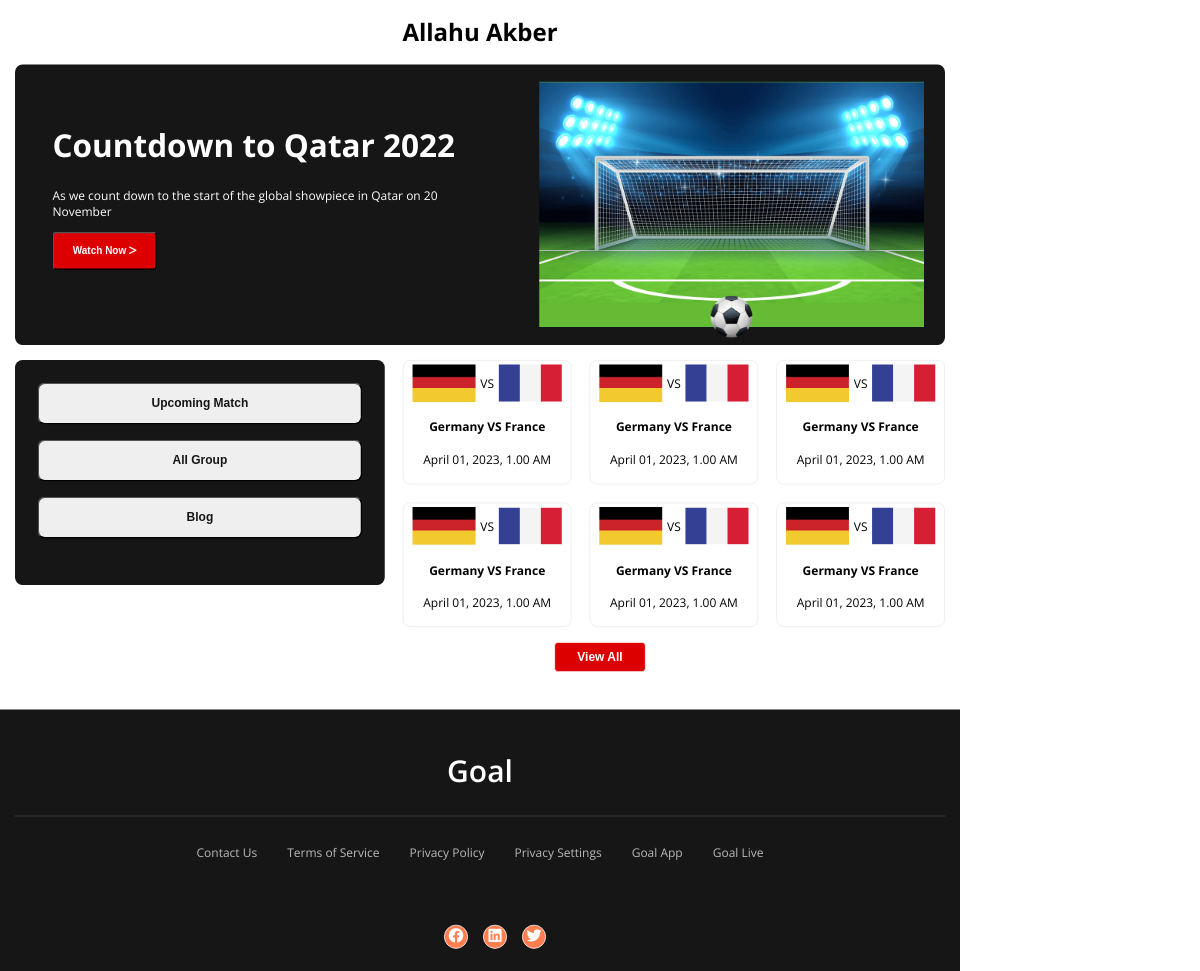
Repository: zjria/Qatar-world-cup
Page: match.html
These files come from the project's save history. The page is drawn as it stood at one moment and after the next save; the edit follows.
The browser window is 1280 px wide. The page is 1600 px wide, so the pictures cover 1600 px, including what lies to the right of the window. The pictures show the whole page, at 75% of full size.

Above is the page before, as saved 2022-09-10 10:46:38.

### match.html
<!DOCTYPE html>
<html lang="en">

<head>
    <meta charset="UTF-8">
    <meta http-equiv="X-UA-Compatible" content="IE=edge">
    <meta name="viewport" content="width=device-width, initial-scale=1.0">
    <title>QATAR WORLD CUP</title>
    <!-- Font Awesome CDN Link -->
    <link rel="stylesheet" href="https://cdnjs.cloudflare.com/ajax/libs/font-awesome/6.2.0/css/all.min.css"
        integrity="sha512-xh6O/CkQoPOWDdYTDqeRdPCVd1SpvCA9XXcUnZS2FmJNp1coAFzvtCN9BmamE+4aHK8yyUHUSCcJHgXloTyT2A=="
        crossorigin="anonymous" referrerpolicy="no-referrer" />
    <!-- Font Awesome CDN Link -->
    <link rel="stylesheet" href="https://cdnjs.cloudflare.com/ajax/libs/font-awesome/6.2.0/css/all.min.css"
        integrity="sha512-xh6O/CkQoPOWDdYTDqeRdPCVd1SpvCA9XXcUnZS2FmJNp1coAFzvtCN9BmamE+4aHK8yyUHUSCcJHgXloTyT2A=="
        crossorigin="anonymous" referrerpolicy="no-referrer" />
    <!-- Custom CSS -->
    <link rel="stylesheet" href="style.css">

</head>

<body>
    <h1 style="text-align:center;">Allahu Akber</h1>


    <!-- Header Section -->
    <header class="header-container">

        <div class="header-text">
            <h1>Countdown to Qatar 2022</h1>
            <p>As we count down to the start of the global showpiece in Qatar on 20 November</p>
            <button>Watch Now <i class="fa-solid fa-greater-than"></i> </button>
        </div>

        <div class="header-img">
            <marquee behavior="alternate" scrollamount="0" direction="">
                <marquee behavior="alternate" scrollamount="0" direction="">
                    <img src="images/Ball.png" class="ball" alt="">
                </marquee>

            </marquee>

        </div>


    </header>


    <!-- Nav Section start HTML -->
    <div class="nav-container">
        <nav class="nav-section">
            <div class="all-button">
                <button><a href="#">Upcoming Match</a></button>
                <button><a href="#">All Group</a></button>
                <button><a href="#">Blog</a></button>
            </div>
        </nav>

        <!-- Main Section Start HTML  -->
        <main class="main-section">

            <div class="transfer">
                <div class="match-vs">
                    <img src="images/germany Flag.png" alt=""> <span>VS</span>
                    <img src="images/Flag.png" alt="">
                </div>
                <div class="match-text">
                    <h4>Germany VS France </h4>
                    <p>April 01, 2023, 1.00 AM</p>
                </div>
            </div>
            <div class="transfer">
                <div class="match-vs">
                    <img src="images/germany Flag.png" alt=""> <span>VS</span>
                    <img src="images/Flag.png" alt="">
                </div>
                <div class="match-text">
                    <h4>Germany VS France </h4>
                    <p>April 01, 2023, 1.00 AM</p>
                </div>
            </div>
            <div class="transfer">
                <div class="match-vs">
                    <img src="images/germany Flag.png" alt=""> <span>VS</span>
                    <img src="images/Flag.png" alt="">
                </div>
                <div class="match-text">
                    <h4>Germany VS France </h4>
                    <p>April 01, 2023, 1.00 AM</p>
                </div>
            </div>
            <div class="transfer">
                <div class="match-vs">
                    <img src="images/germany Flag.png" alt=""> <span>VS</span>
                    <img src="images/Flag.png" alt="">
                </div>
                <div class="match-text">
                    <h4>Germany VS France </h4>
                    <p>April 01, 2023, 1.00 AM</p>
                </div>
            </div>
            <div class="transfer">
                <div class="match-vs">
                    <img src="images/germany Flag.png" alt=""> <span>VS</span>
                    <img src="images/Flag.png" alt="">
                </div>
                <div class="match-text">
                    <h4>Germany VS France </h4>
                    <p>April 01, 2023, 1.00 AM</p>
                </div>
            </div>
            <div class="transfer">
                <div class="match-vs">
                    <img src="images/germany Flag.png" alt=""> <span>VS</span>
                    <img src="images/Flag.png" alt="">
                </div>
                <div class="match-text">
                    <h4>Germany VS France </h4>
                    <p>April 01, 2023, 1.00 AM</p>
                </div>
            </div>


        </main>
    </div>

    <!-- Only Table -->
    <div class="view-all">
        <Button>View All</Button>
    </div>

    <!-- Footer Section start -->
    <div class="footer-container">
        <div class="footer">
            <h2>Goal</h2>
            <hr>
            <div class="footer-text">
                <ul>
                    <li>Contact Us</li>
                    <li>Terms of Service</li>
                    <li>Privacy Policy</li>
                    <li>Privacy Settings</li>
                    <li>Goal App</li>
                    <li>Goal Live</li>
                </ul>
            </div>
        </div>
        <!-- Social Icons start -->
        <div class="social-icons">
            <ul>
                <li><a href="https://web.facebook.com/profile.php?id=100010388645936"><i
                            class="fa-brands fa-facebook"></i></a></li>
                <li><a href="https://www.linkedin.com/in/web-developer-zj/"><i class="fa-brands fa-linkedin"></i></a>
                </li>
                <li><a href="https://twitter.com/webdeveloper_zj"><i class="fa-brands fa-twitter"></i></a></li>
            </ul>
        </div>
    </div>
</body>

</html>

### style.css
/* Google Fonts Link */
@import url('https://fonts.googleapis.com/css2?family=Open+Sans:wght@300;400;500;600;700&family=Poppins:wght@500&family=Roboto:wght@100;300;400;500;700;900&display=swap');

body {
    font-family: 'Open Sans', sans-serif;
    margin: 0%;
    padding: 0%;
    background-color: white;
}

/* Header Section */

.header-container {
    display: flex;
    border-radius: 10px;
    margin-bottom: 130px;
    margin: 20px;
    background: #161616;
}

.header-container .header-text {
    color: #FFFFFF;
    padding: 50px;
    width: 50%;

}

.header-container .header-text h1 {
    font-size: 42px;
    bottom: 20px;
}

.header-container .header-text p {
    font-size: 16px;
}

.header-container .header-text button {
    background: #DD0000;
    border-radius: 5px;
    padding: 16px 25px;
    color: white;
    font-weight: 700;
}

.header-img {
    background: url(images/goal-bar.png);
    background-repeat: no-repeat;
    background-position: center;
    background-size: 90%;
    width: 50%;
}

.header-img .ball {
    justify-content: center;
    align-items: center;
    margin: 0 auto;
    display: flex;
    margin-top: 54%;
}

.header-img img {
    width: 10%;
}

.ball {
    transition: transform 0.3s ease-out;
}

.header-img:hover .ball {
    transform: rotate(90deg);
    transform: translate(280px, -50%);
    padding-top: -60px;
    transform: scale(0.5) translate(-100%, -100%) rotate(0.5turn);

}


/* Nav Section Start */

.nav-container {
    display: flex;
    margin: 20px;
}

.nav-section {
    background: #161616;
    border-radius: 10px;
    margin-right: 24px;
    width: 500px;
    height: 300px;
}

.all-button {
    display: flex;
    flex-direction: column;
    margin: 30px 30px 0px 30px;
}

.all-button button {
    padding: 17px;
    margin-bottom: 20px;
    border-radius: 10px;
    font-weight: 700;
    font-size: 16px;
}

.all-button button a {
    text-decoration: none;
    color: #161616;
}

.all-button button:hover {
    background-color: #DD0000;
    color: white;
}

/* Main Section */
.main-section {
    display: grid;
    grid-template-columns: repeat(3, 1fr);
    grid-column-gap: 24px;
    grid-row-gap: 24px;
}

.transfer {
    border: 1px solid #E8E8E8;
    border-radius: 10px;
    padding: 5px;
}

.transfer .match-vs {
    display: flex;
    justify-content: center;
    align-items: center;
    text-align: center;
}

.match-vs img {
    width: 40%;
}

.transfer .match-text {
    justify-content: center;
    align-items: center;
    text-align: center;
}

.transfer span {
    padding: 0 5px;
}

.button-text {
    padding: 20px;
}

.button-text button {
    padding: 5px 20px;
    border: 1px solid;
    border-radius: 5px;
    font-size: 16px;
    background-color: white;
}

.button-text p {
    font-size: 18px;
    font-weight: 600;
}

.transfer img {
    /* width: 41%; */
}

.container .nav-section {
    width: 312px;
}

.icons {
    display: flex;
    color: rgba(22, 22, 22, 0.7);
    font-size: 16px;
}

.icons p {
    margin-right: 40px;
}

/* Only Table */
.view-all {
    display: flex;
    justify-content: center;
    margin: 0 auto;
    margin-right: -25%;
}

.view-all button {
    padding: 10px 30px;
    border: 1px solid;
    border-radius: 5px;
    font-size: 16px;
    color: white;
    background-color: #DD0000;
    font-weight: 700;
}



/* Footer Container style start */
.footer-container {
    width: 100%;
    background: #161616;
    margin-top: 50px;
}

.footer hr {
    border: 1px solid rgba(255, 255, 255, 0.1);

}

.footer {
    text-align: center;
    justify-content: center;
    align-items: center;
    margin: 0 auto;
    padding: 20px 0px;
}

.footer hr {
    margin: 0px 20px;
}

.footer-container h2 {
    color: #FFFFFF;
    font-weight: 600;
    font-size: 40px;

}

.footer-container .footer-text {
    color: #FFFFFF;
    text-align: center;
    justify-content: center;
    align-items: center;

}

.footer-container .footer-text ul {
    display: flex;
    text-align: center;
    justify-content: center;
    align-items: center;
    /* margin: 0px 20px; */
    padding: 0px;
}

.footer-container .footer-text ul li {
    text-decoration: none;
    list-style: none;
    margin: 20px 20px;
    color: #B9B9B9;
    font-size: 16px;
}

/* Social Icons style start */
.social-icons {
    color: white;
    font-size: 20px;
    margin: 0 auto;
    text-align: center;
    justify-content: center;
    align-items: center;
    display: flex;
}

.social-icons ul {
    display: flex;
}

.social-icons ul li {
    background-color: coral;
    border-radius: 50%;
    width: 30px;
    height: 30px;
    border: 1px solid ghostwhite;
    list-style: none;
    margin: 10px;

}

.social-icons ul li a {
    color: white;
}

After the next save:
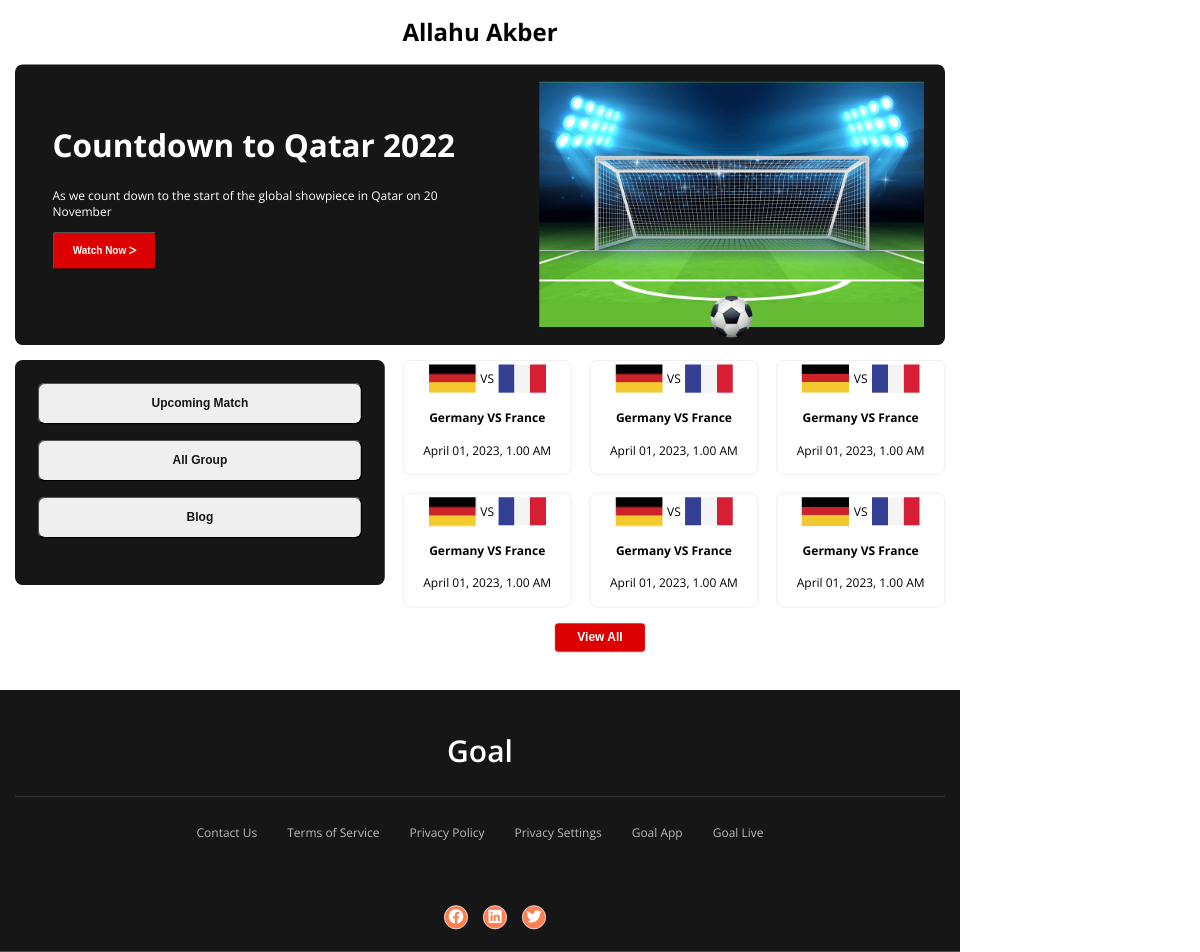
Saved 11 s later.
--- a/style.css
+++ b/style.css
@@ -167,7 +167,7 @@
 }
 
 .transfer img {
-    /* width: 41%; */
+    width: 30%;
 }
 
 .container .nav-section {

After the save that followed:
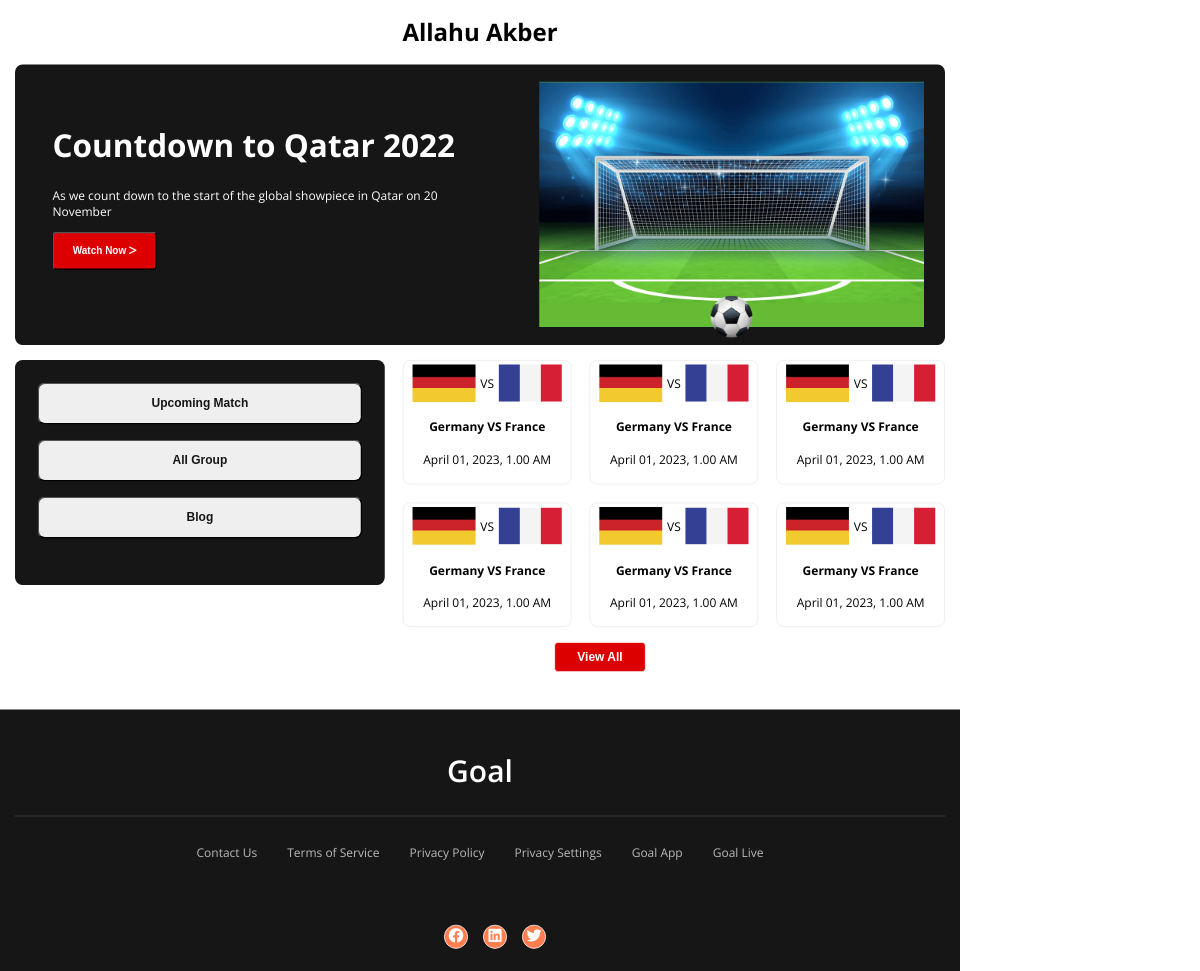
Saved 7 s later.
--- a/style.css
+++ b/style.css
@@ -167,7 +167,7 @@
 }
 
 .transfer img {
-    width: 30%;
+    width: 40%;
 }
 
 .container .nav-section {
